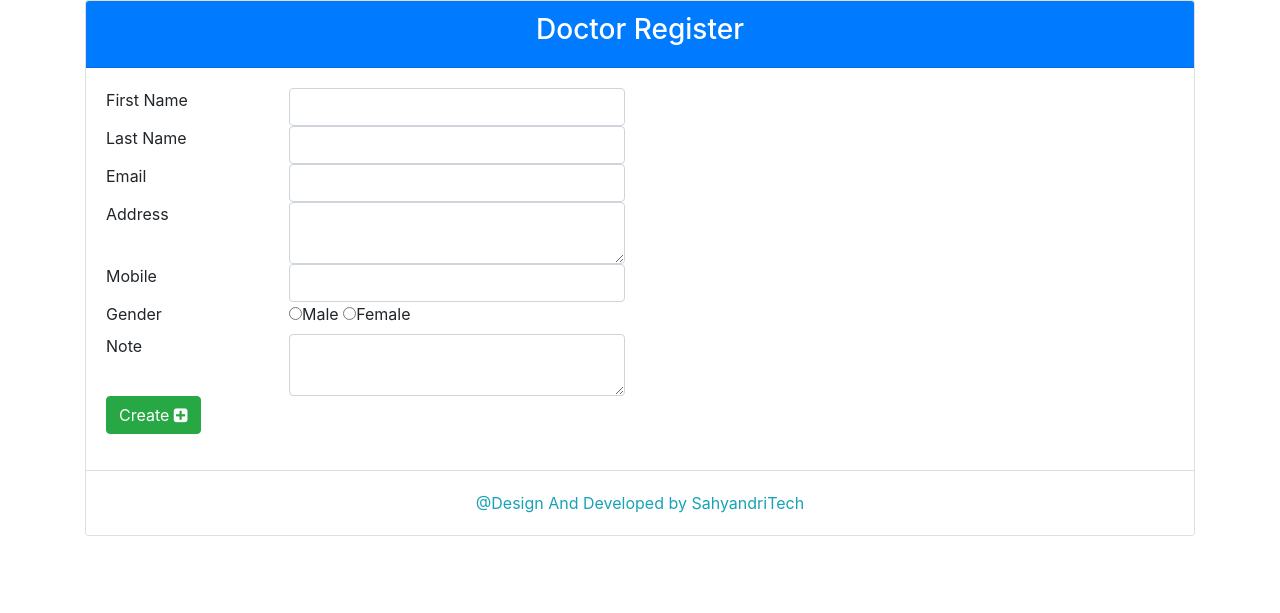
Repository: AmolRajuru11/HealthCareEx
Page: http://localhost/DoctorRegister
An editor plug-in stored every save of this project. The page is shown before and after the next save, followed by the edit.
The browser window is 1280 px wide. The pictures show the whole page.
The page is this project's Thymeleaf template; nobody is signed in. The template is opened directly, without the code that normally fills it, so the values that code supplies are empty.

Above is the page before, as saved 2021-10-15 11:51:53.

### HeathCare/src/main/resources/templates/DoctorRegister.html
<html xmlns:th="https://www.thymeleaf.org/">
<head>
<link rel="stylesheet"
	href="https://cdn.jsdelivr.net/npm/bootstrap@4.5.3/dist/css/bootstrap.min.css" />
<script src="https://code.jquery.com/jquery-3.5.1.min.js"></script>
<script
	src="https://cdn.jsdelivr.net/npm/bootstrap@4.5.3/dist/js/bootstrap.bundle.min.js"></script>
<link rel="stylesheet"
	href="https://cdnjs.cloudflare.com/ajax/libs/font-awesome/4.7.0/css/font-awesome.css" />
</head>
<body>
	<div class="container">
		<div class="card">
			<div class="card-header bg-primary text-center text-white">
				<h3>Doctor Register</h3>
			</div>
			<div class="card-body">
				<form th:action="@{/doctor/save}" method="POST" id="specRegForm">

					<!--row #1-->
					<div class="row">
						<div class="col-2">
							<label for="firstName">First Name</label>
						</div>
						<div class="col-4">
							<input type="text" name="firstName" id="firstName"
								class="form-control" />
						</div>
						<div class="col-6">
							<span id="firstNameError"></span>
						</div>
					</div>

					<!--row #2-->
					<div class="row">
						<div class="col-2">
							<label for="lastName">Last Name</label>
						</div>
						<div class="col-4">
							<input type="text" name="lastName" id="lastName"
								class="form-control" />
						</div>
						<div class="col-6">
							<span id="lastNameError"></span>
						</div>
					</div>


					<!-- row #3 -->
					<div class="row">
						<div class="col-2">
							<label for="email">Email</label>
						</div>
						<div class="col-4">
							<input type="text" name="email" id="email" class="form-control" />
						</div>
						<div class="col-6">
							<span id="emailError"></span>
						</div>
					</div>

					<!-- row #4 -->
					<div class="row">
						<div class="col-2">
							<label for="addresss">Address</label>
						</div>
						<div class="col-4">
							<textarea name="address" id="address" class="form-control"></textarea>
						</div>
						<div class="col-6">
							<span id="addressError"></span>
						</div>
					</div>

					<!-- row #5 -->
					<div class="row">
						<div class="col-2">
							<label for="mobile">Mobile</label>
						</div>
						<div class="col-4">
							<input type="text" name="mobile" id="mobile" class="form-control" />
						</div>
						<div class="col-6">
							<span id="mobileError"></span>
						</div>
					</div>

					<!-- row #6 -->
					<div class="row">
						<div class="col-2">
							<label for="gender">Gender</label>
						</div>
						<div class="col-4">
							<input type="radio" name="gender" id="gender1" value="Male" />Male
							<input type="radio" name="gender" id="gender2" value="Female" />Female
						</div>
						<div class="col-6">
							<span id="genderError"></span>
						</div>
					</div>

					<!--row #7-->
					<div class="row">
						<div class="col-2">
							<label for="note">Note</label>
						</div>
						<div class="col-4">
							<textarea name="note" id="note" class="form-control"></textarea>
						</div>
						<div class="col-6">
							<span id="noteError"></span>
						</div>
					</div>
					<button type="submit" class="btn btn-success">
						Create <i class="fa fa-plus-square" aria-hidden="true"></i>
					</button>
				</form>
			</div>
			<div class="card-footer bg-white text-info text-center">
				<span th:text="${message}"></span> <span class="navbar-text">@Design
					And Developed by SahyandriTech </span>
			</div>
		</div>
	</div>
	<!-- <script th:src="@{/myjs/spec_validate.js}"></script> -->
</body>
</html>

After the next save:
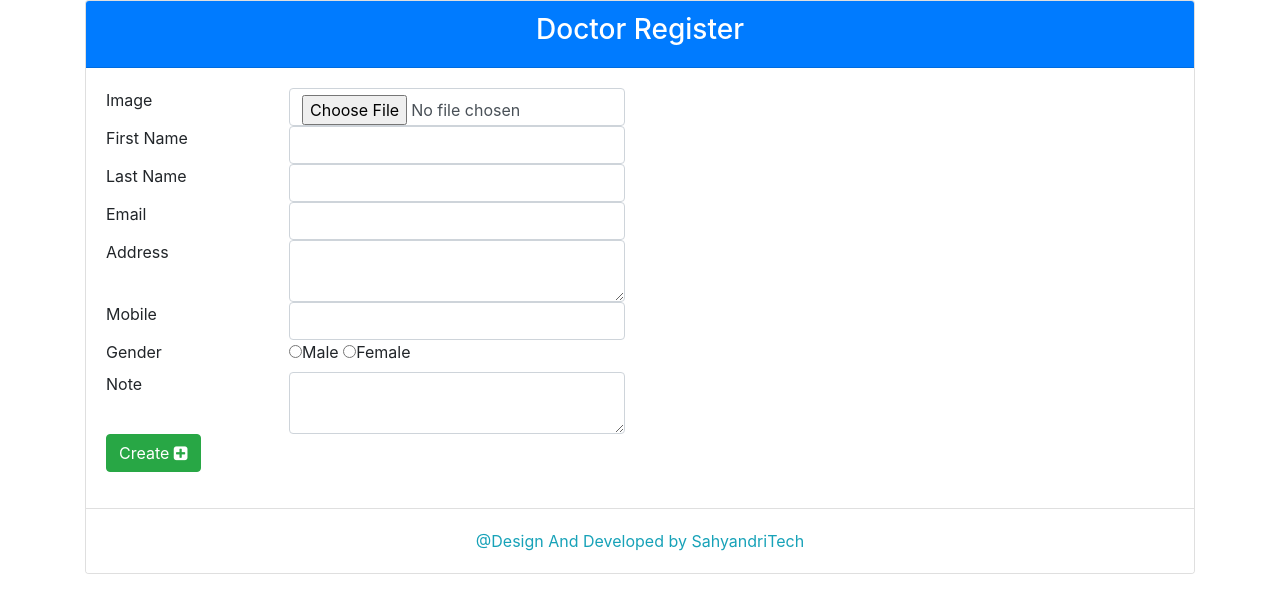
Saved 5 min 13 s later.
--- a/HeathCare/src/main/resources/templates/DoctorRegister.html
+++ b/HeathCare/src/main/resources/templates/DoctorRegister.html
@@ -16,6 +16,20 @@
 			</div>
 			<div class="card-body">
 				<form th:action="@{/doctor/save}" method="POST" id="specRegForm">
+
+					<div class="row">
+						<div class="col-2">
+							<label for="photoLoc">Image</label>
+						</div>
+						<div class="col-4">
+							<input type="file" name="fileOb" id="fileOb" class="form-control"
+								onchange="uploadFile()" /> <input type="hidden" id="photoLoc"
+								name="photoLoc" />
+						</div>
+						<div class=col-6>
+							<span id="photoLocError"></span>
+						</div>
+					</div>
 
 					<!--row #1-->
 					<div class="row">
